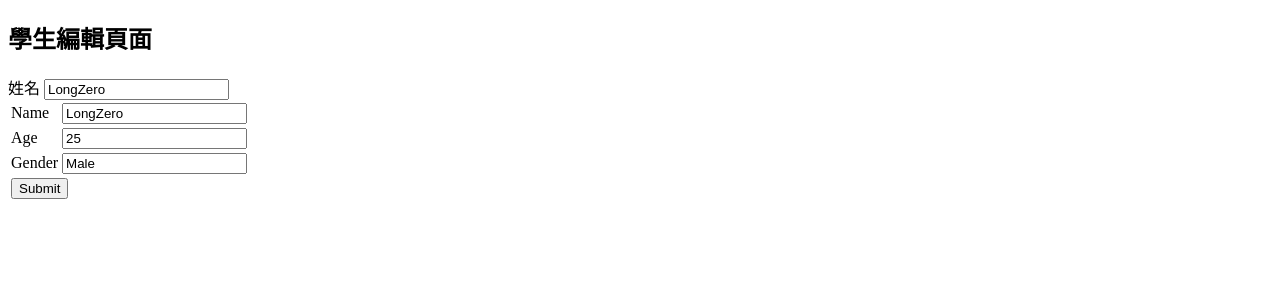
Repository: AirconChen/PracticeSpringMVC
Page: http://localhost/FormSpringMVCWAR/demo/edit
An editor plug-in stored every save of this project. The page is shown before and after a run of saves, followed by the edit.
The browser window is 1280 px wide. The pictures show the whole page.
The page is served by Tomcat 9.

Above is the page before, as saved 2015-11-11 04:19:02.

After the next 2 saves:
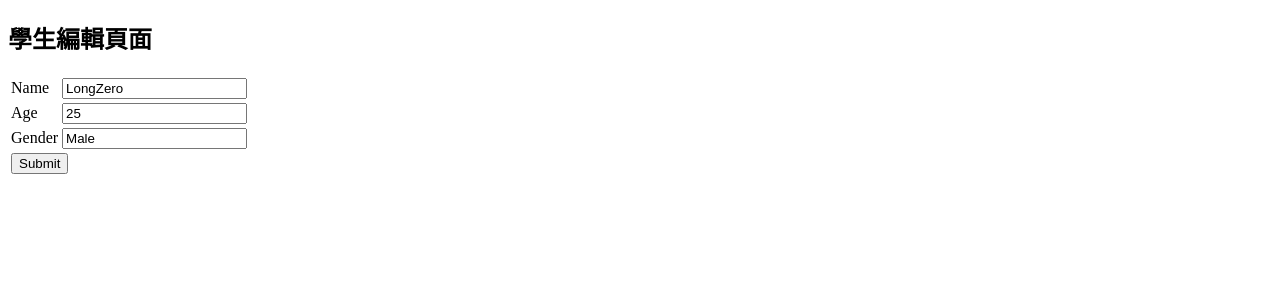
The 2 saves are shown as one change because they came seconds apart.
The last was saved 22 s later.
--- a/FormSpringMVCWAR/WebContent/WEB-INF/jsp/edit.jsp
+++ b/FormSpringMVCWAR/WebContent/WEB-INF/jsp/edit.jsp
@@ -1,5 +1,4 @@
-<%@ page language="java" contentType="text/html; charset=utf-8"
-	pageEncoding="utf-8"%>
+<%@ page language="java" contentType="text/html; charset=utf-8" pageEncoding="utf-8"%>
 <%@taglib uri="http://www.springframework.org/tags/form" prefix="form"%>
 <!DOCTYPE html PUBLIC "-//W3C//DTD HTML 4.01 Transitional//EN" "http://www.w3.org/TR/html4/loose.dtd">
 <html>
@@ -9,23 +8,21 @@
 </head>
 <body>
 	<h2>學生編輯頁面</h2>
-	<%-- 	<form method="POST" action="/demo/result"> --%>
-	<!-- 		<label for="name">姓名 -->
-	<!-- 		<input type="text" name="name" value=""/> -->
-	<!-- 		</label> -->
-	<!-- 		<label for="gender">性別 -->
-	<!-- 		<input type="text" name="gender" value=""/> -->
-	<!-- 		</label> -->
-	<!-- 		<label for="age">年齡 -->
-	<!-- 		<input type="text" name="age" value=""/> -->
-	<!-- 		</label> -->
-	<!-- 		<input type="submit" value="送出"/> -->
-	<%-- 	</form> --%>
+<%-- 	<form method="POST" action="/demo/result"> --%>
+<!-- 		<label for="name">姓名 -->
+<!-- 		<input type="text" name="name" value=""/> -->
+<!-- 		</label> -->
+<!-- 		<label for="gender">性別 -->
+<!-- 		<input type="text" name="gender" value=""/> -->
+<!-- 		</label> -->
+<!-- 		<label for="age">年齡 -->
+<!-- 		<input type="text" name="age" value=""/> -->
+<!-- 		</label> -->
+<!-- 		<input type="submit" value="送出"/> -->
+<%-- 	</form> --%>
 
 
 	<form:form method="POST" action="/demo/result">
-		<label for="name">姓名 <form:input path="name" />
-		</label>
 		<table>
 			<tr>
 				<td><form:label path="name">Name</form:label></td>
